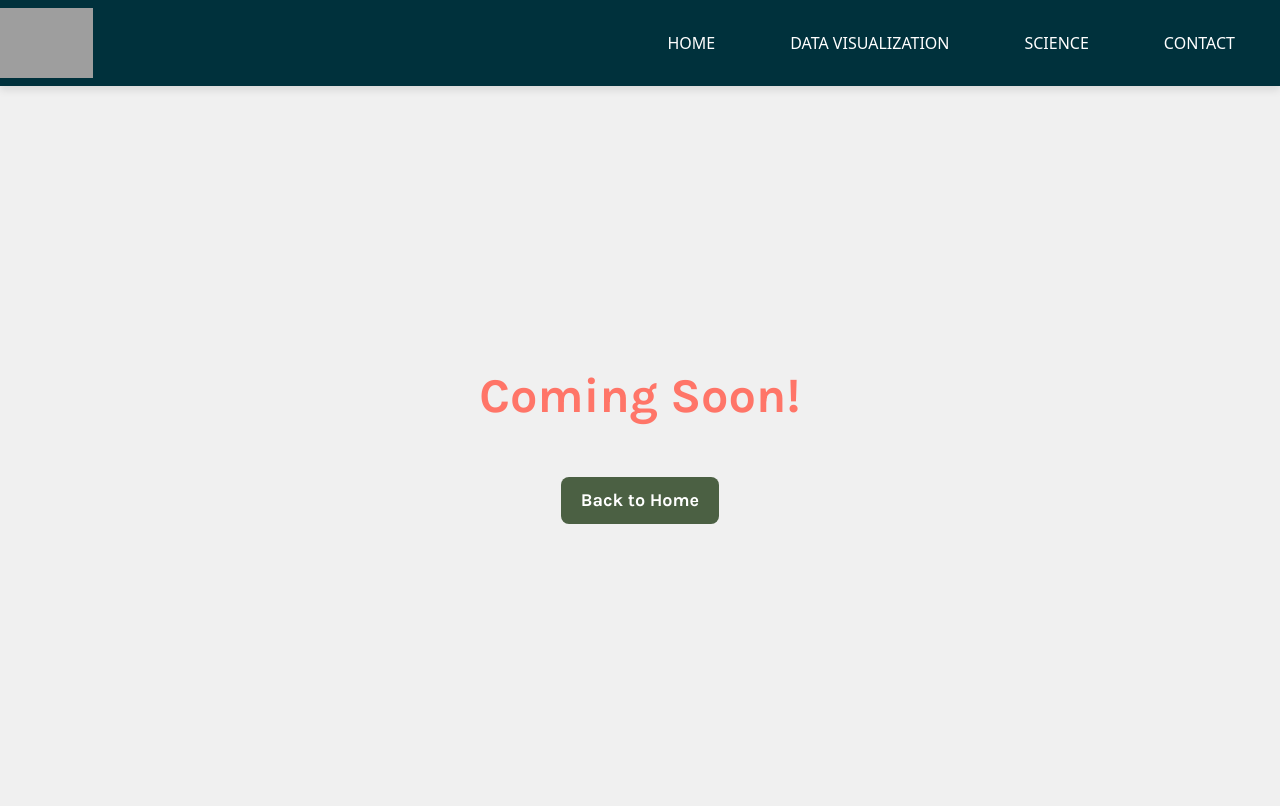
Repository: chukriisty/smartsoils-testbed
Page: /science
An editor plug-in stored every save of this project. The page is shown before and after the next save, followed by the edit.
The browser window is 1280 px wide. The pictures show the whole page.
Pictures or frames that could not be fetched are drawn as grey boxes. Some web fonts or font styles are not loaded; a fallback is used. The project was rebuilt for these pictures with package versions that can differ from the ones it lists, and the page was loaded fresh each time. Also part of the build but not shown: src/pages/HomePage.js, src/components/VisualizationPanel.js, src/pages/DataVisualizationPage.js, src/pages/PhenocamPage.js, src/pages/ERT.js, src/components/3DSensorLayout.css, src/components/3DSensorLayout.js, src/components/ControlPanel.css and 8 more.

Above is the page before, as saved 2024-09-26 18:25:22.

After the next save:
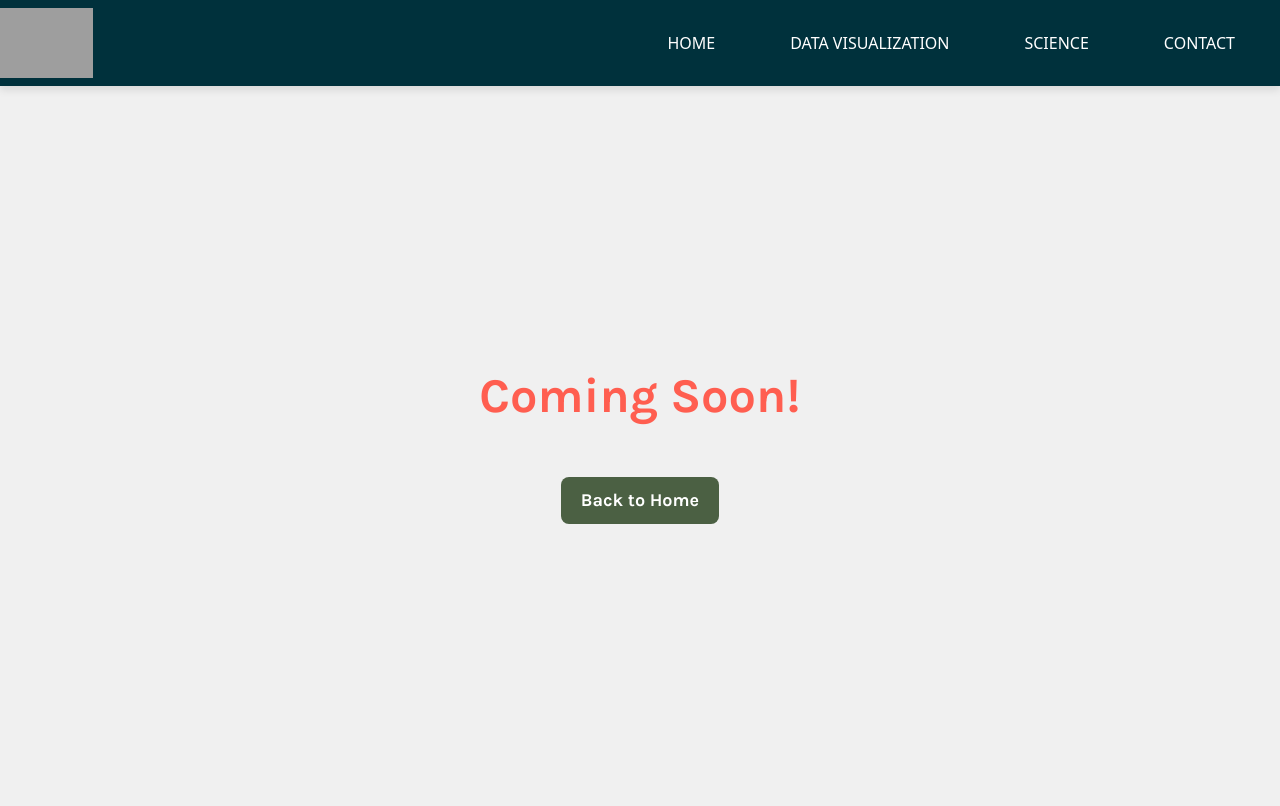
Saved 12 s later.
--- a/src/pages/SciencePage.css
+++ b/src/pages/SciencePage.css
@@ -29,7 +29,7 @@
   .coming-soon-text {
     font-size: 48px;
     font-weight: bold;
-    color: #ff6f61; /* Softer red-orange tone */
+    color: #ff5748; /* Softer red-orange tone */
     animation: pulse 2s infinite; /* Apply pulsating animation */
   }
 
